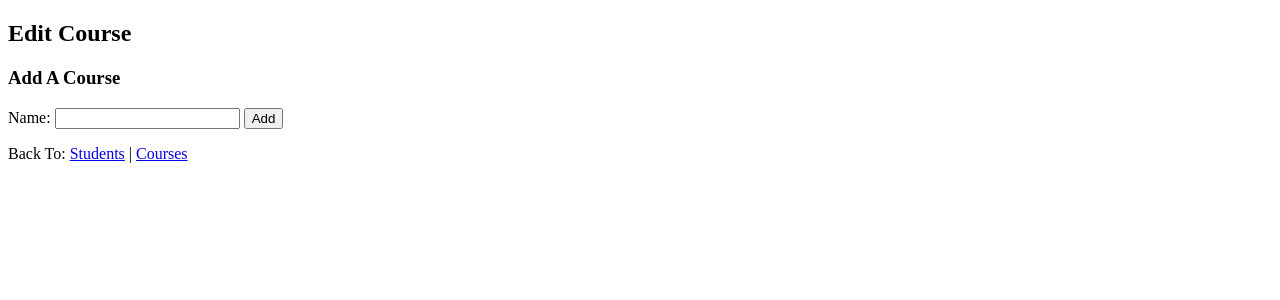
Repository: pjberry/course-tracking-initial
Page: http://localhost/course-tracking/editCourse.jsp
The author's editor kept a copy of each file at every save. The page is drawn from the files as they stood at one save, then again after the next save.
The browser window is 1280 px wide. The pictures show the whole page.
The page is served by Tomcat 9.

Above is the page before, as saved 2014-09-09 02:38:27.

After the next save:
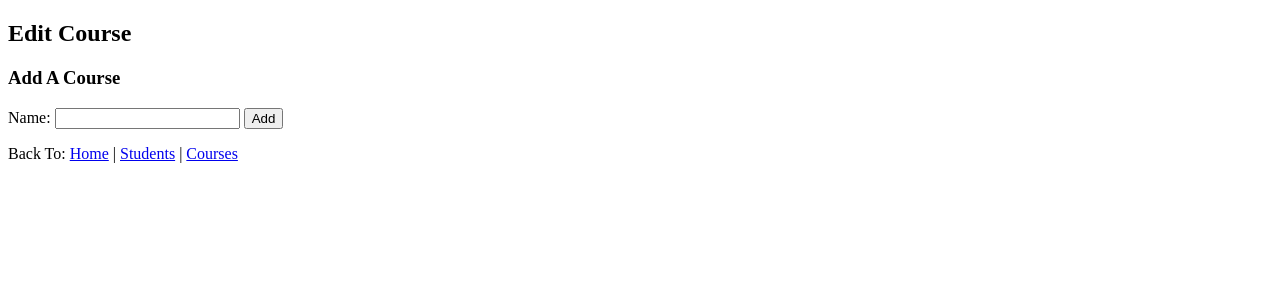
Saved 14 s later.
--- a/course-tracking/WebContent/editCourse.jsp
+++ b/course-tracking/WebContent/editCourse.jsp
@@ -16,7 +16,7 @@
 	<input type="submit" value="Add">
 	</form>
 
-	<p>Back To: <a href="StudentController">Students</a> | <a href="CourseController">Courses</a></p>
+	<p>Back To: <a href="/course-tracking">Home</a> | <a href="StudentController">Students</a> | <a href="CourseController">Courses</a></p>
 </body>
 
 </html>
